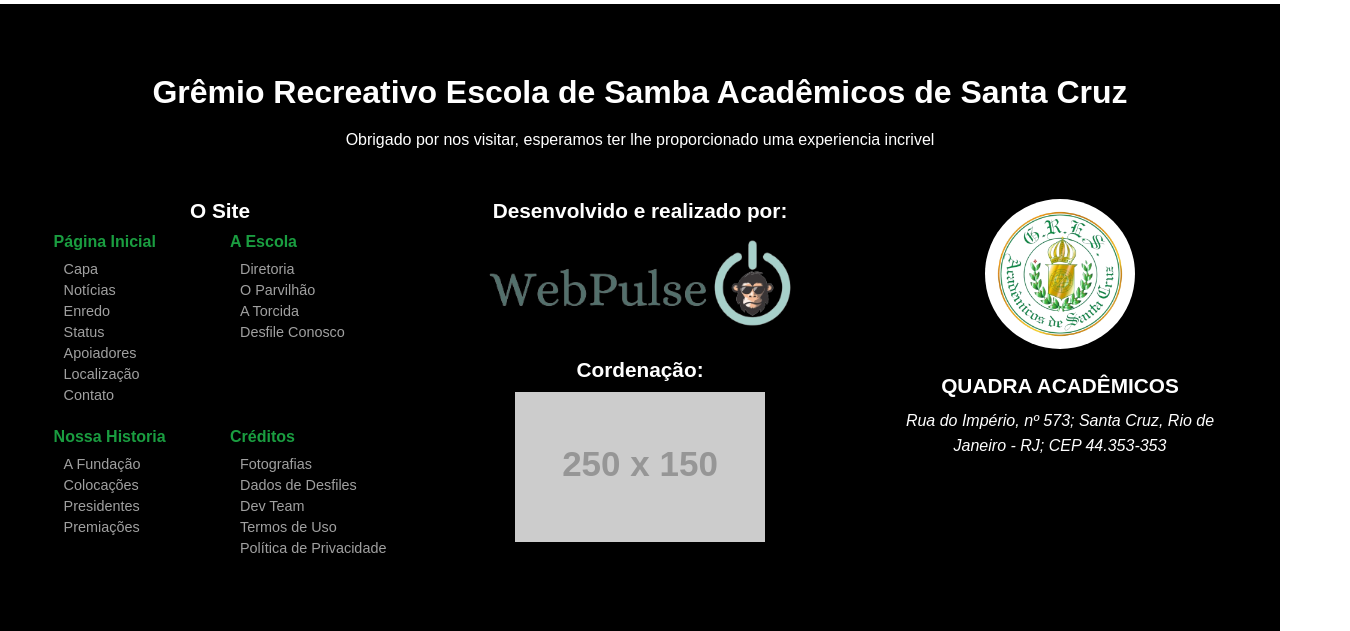
Repository: Lorsuz/gresasco
Page: index.html
The author's editor kept a copy of each file at every save. The page is drawn from the files as they stood at one save, then again after the next save.
The browser window is 1280 px wide. The page is 1350 px wide, so the pictures cover 1350 px, including what lies to the right of the window. The pictures show the part of the page from y = 3546 to 4177 px (the page is 4177 px tall).
Some web fonts or font styles are not loaded; a fallback is used. The style sheet was rebuilt from its Sass, Less or Tailwind sources for each picture, by a compiler version that may differ from the author's.

Above is the page before, as saved 2023-11-05 17:45:16.

After the next save:
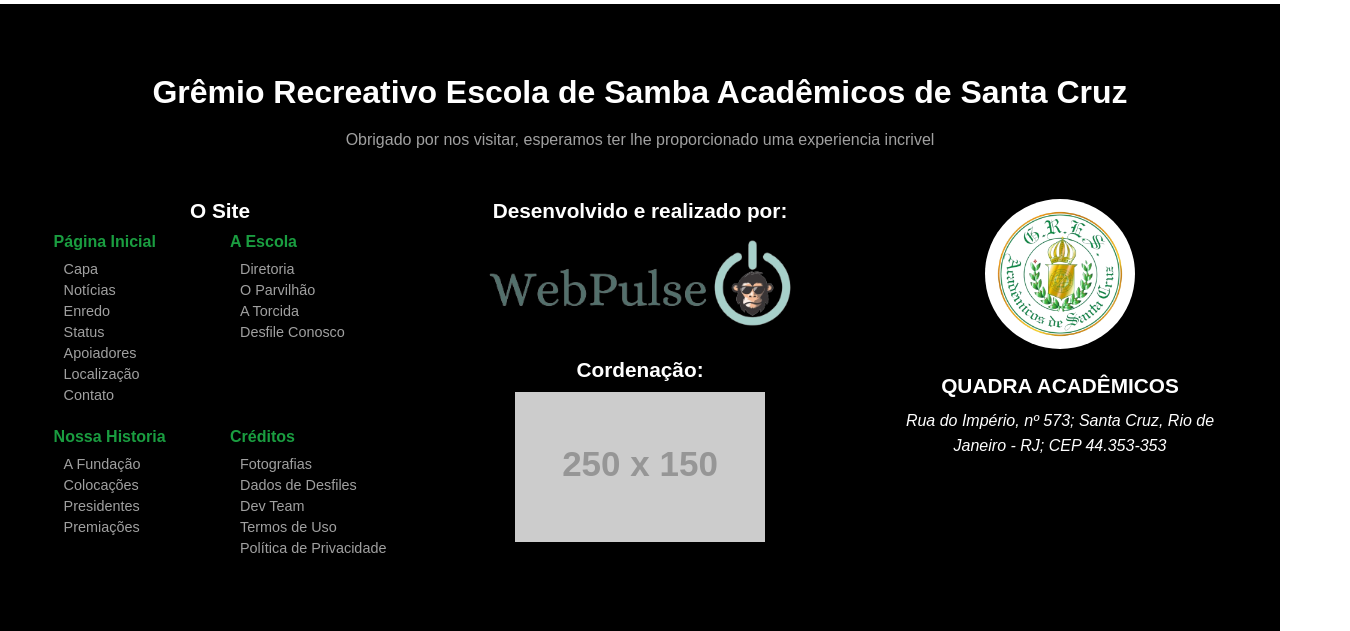
Saved 4 s later.
--- a/components/sass/partials/footer.scss
+++ b/components/sass/partials/footer.scss
@@ -15,7 +15,7 @@ footer {
 	>p{
 		text-align: center;
 		margin-bottom: 50px;
-		color: var();
+		color: var(--color-gray);
 	}
 
 	.container {
